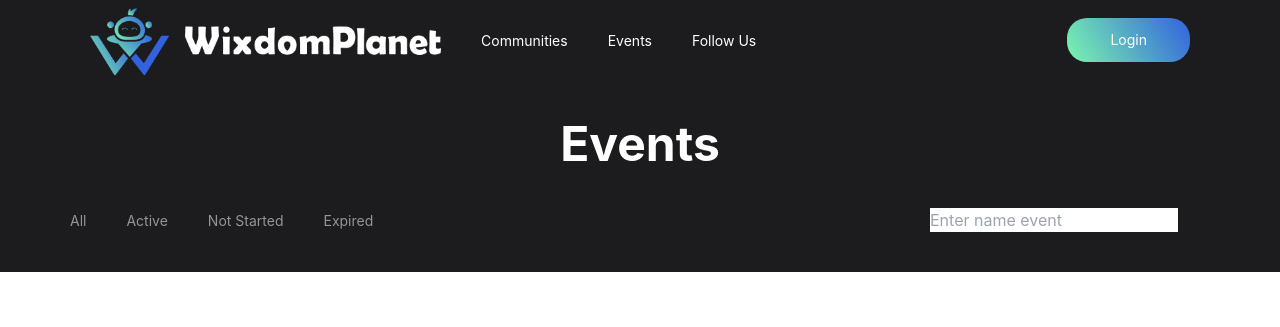
Repository: haudnn/WixdomPlanet-demo
Page: /
The author's editor kept a copy of each file at every save. The page is drawn from the files as they stood at one save, then again after the next save.
The browser window is 1280 px wide. The pictures show the whole page.
The project was rebuilt for these pictures with package versions that can differ from the ones it lists, and the page was loaded fresh each time. Also part of the build but not shown: vite.config.js, src/App.css.

Above is the page before, as saved 2023-02-03 10:20:19.

After the next save:
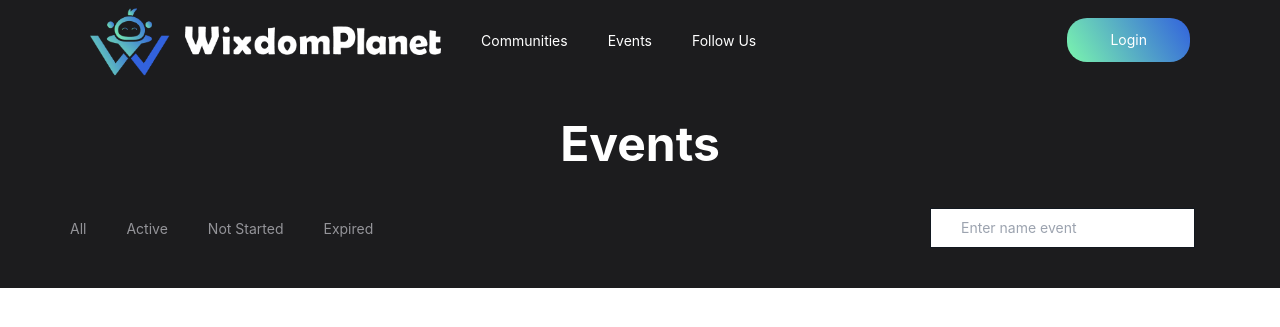
Saved 6 min 43 s later.
--- a/src/features/Home.jsx
+++ b/src/features/Home.jsx
@@ -22,7 +22,7 @@
                 </li>
             </ul>
             <div className='w-[280px]'>
-                <input type="text" placeholder='Enter name event'/>
+                <input type="text" placeholder='Enter name event' className='text-sm pl-[30px] pr-[15px] h-10 leading-10 border border-solid border-[#121820] '/>
             </div>
         </div>
     </section>
